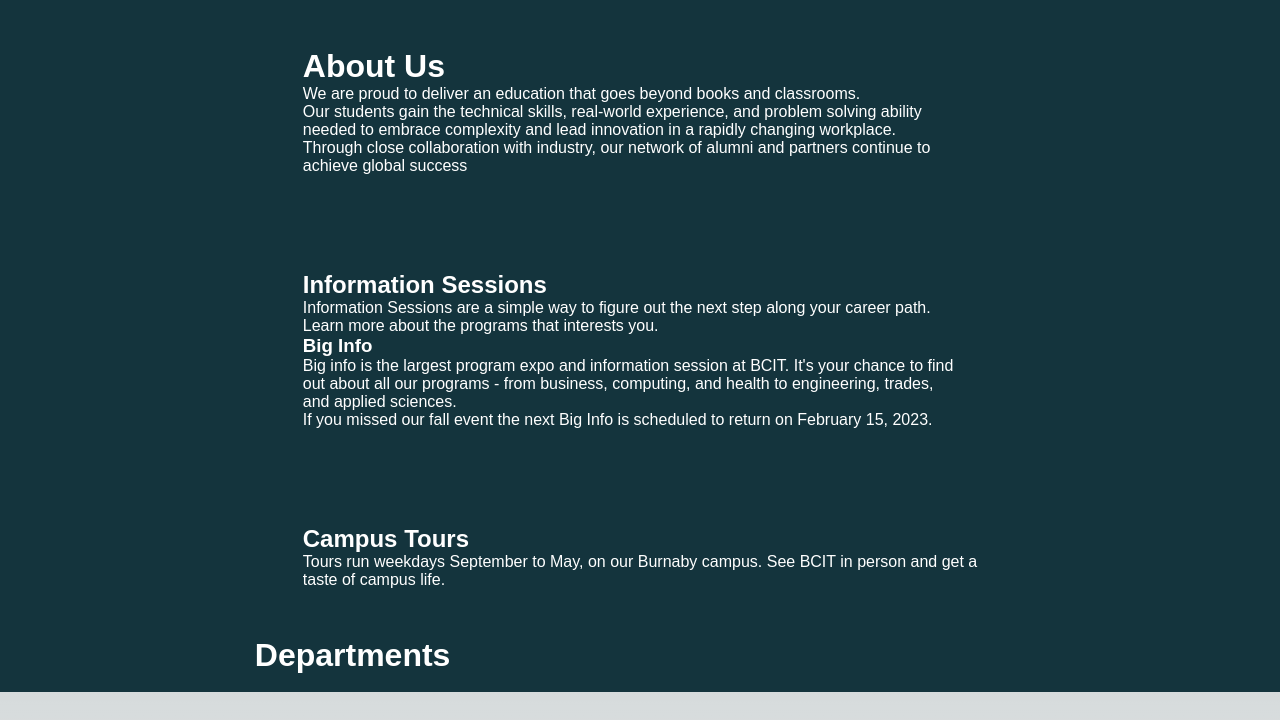
Repository: jennydmcm/assignment-1-playwright-site-A01338943
Page: /about
An editor plug-in stored every save of this project. The page is shown before and after the next save, followed by the edit.
The browser window is 1280 px wide. The pictures show the whole page.
The project was rebuilt for these pictures with package versions that can differ from the ones it lists, and the page was loaded fresh each time. The framework's server and built-in components were replaced by stand-ins that run in the browser. Also part of the build but not shown: next.config.js.

Above is the page before, as saved 2023-02-08 13:10:34.

### pages/_app.js
import '../styles/globals.css'
import '../styles/variables.css'

function MyApp({ Component, pageProps }) {
  return <Component {...pageProps} />
}

export default MyApp

### pages/about.js
import Head from "next/head";
import Image from "next/image";
import { Inter } from "@next/font/google";
import styles from "@/styles/About.module.css";
const inter = Inter({ subsets: ["latin"] });

export default function Home() {
  return (
    <>
      <Head>
        <title>About Us</title>
        <meta name="description" content="Generated by create next app" />
        <meta name="viewport" content="width=device-width, initial-scale=1" />
        <meta name="author" content="MDIA 2109" />
        <meta property="og:title" content="Assignment #1 - About Us Page" />
        <meta
          property="og:description"
          content="BCIT Digital Design and Development Diploma"
        />
        <link rel="icon" href="/favicon.png" />
      </Head>
      <main className={styles.main}>
        <header>
          <div className={styles.about}>
            <h1>About Us</h1>
            <p>
              We are proud to deliver an education that goes beyond books and
              classrooms.
            </p>
            <p>
              Our students gain the technical skills, real-world experience, and
              problem solving ability <br></br>
              needed to embrace complexity and lead innovation in a rapidly
              changing workplace.
            </p>
            <p>
              Through close collaboration with industry, our network of alumni
              and partners continue to <br></br>
              achieve global success
            </p>
          </div>
          <div className={styles.infosesh}>
            <h2>Information Sessions</h2>
            <p>
              Information Sessions are a simple way to figure out the next step
              along your career path. <br></br>
              Learn more about the programs that interests you.
            </p>
            <h3>Big Info</h3>
            <p>
              Big info is the largest program expo and information session at
              BCIT. It's your chance to find<br></br>
              out about all our programs - from business, computing, and health
              to engineering, trades,<br></br>
              and applied sciences.
            </p>
            <p>
              If you missed our fall event the next Big Info is scheduled to
              return on February 15, 2023.
            </p>
          </div>

          <div className={styles.tours}>
            <h2>Campus Tours</h2>
            <p>
              Tours run weekdays September to May, on our Burnaby campus. See
              BCIT in person and get a<br></br>
              taste of campus life.
            </p>
          </div>
          <div>
            <h1>Departments</h1>
          </div>
        </header>
        <a>
          <span>
            <img href="/upwardArrow.png"></img>
            <img href="downwardArrow.png"></img>
          </span>
        </a>
      </main>
    </>
  );
}

### styles/variables.css
:root{
    --primary-color: #fff;
    --secondary-color: #f4d6b9;
    --ternary-color: #14343d;
    --quaternary-color: #14343d;
    --quinary-color: rgba(16,46,53,0.5);

}

### styles/About.module.css
.main{
    background-color: var(--ternary-color);
    color: var(--primary-color);
    font-family: Arial, Helvetica, sans-serif;
    display: flex;
    flex-direction: column;
    align-items: center;
}
.about{
    display: flex;
    flex-direction: column;
    padding: 3rem;
}
.infosesh{
    display: flex;
    flex-direction: column;
    padding: 3rem;
}

.tours{
    display: flex;
    flex-direction: column;
    padding: 3rem;
}

.dept{
    display: flex;
    flex-direction: column;
    padding: 6rem;

}

Loaded but not shown: pages/_document.js (common file); pages/api/hello.js (common file); styles/globals.css (common file)

After the next save:
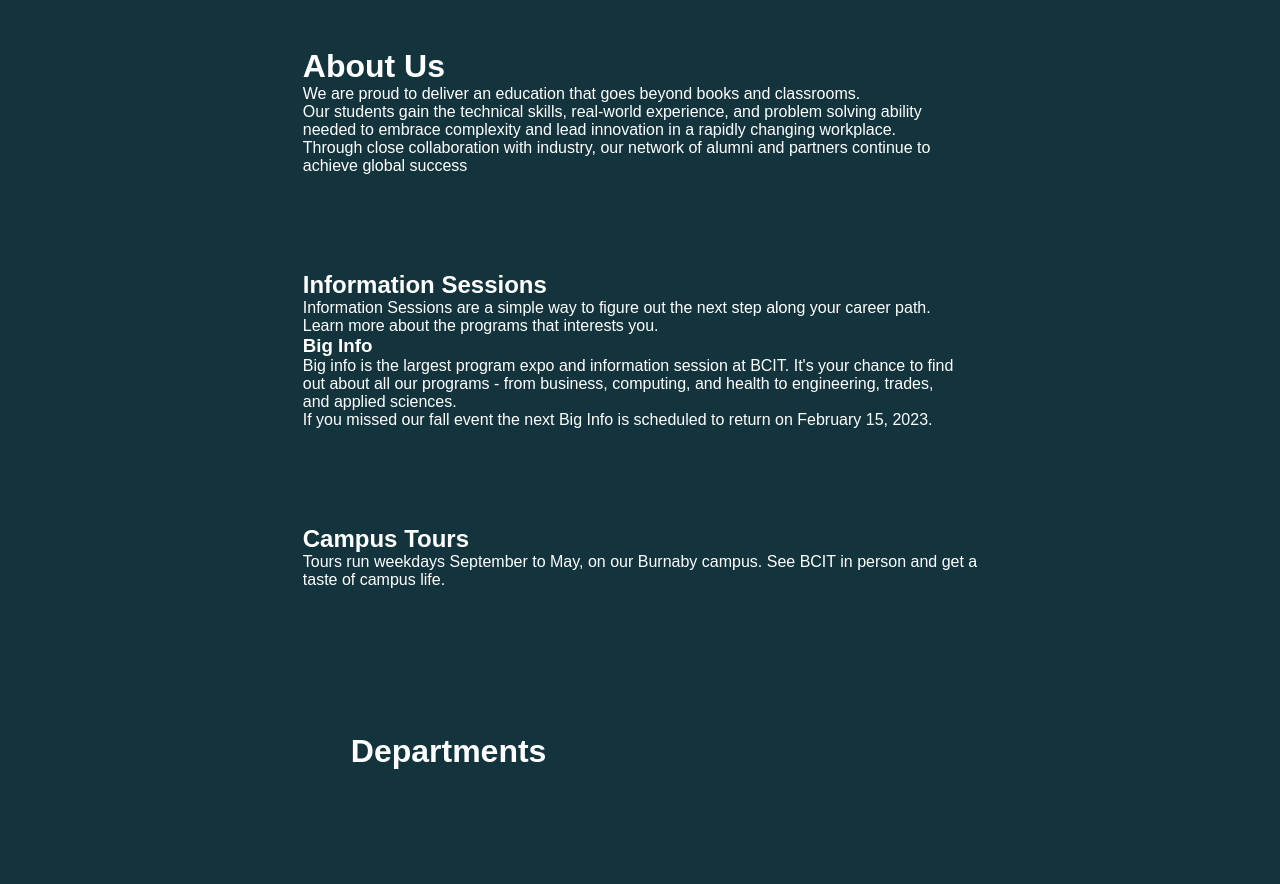
Saved 1 s later.
--- a/pages/about.js
+++ b/pages/about.js
@@ -68,7 +68,7 @@ export default function Home() {
               taste of campus life.
             </p>
           </div>
-          <div>
+          <div className={styles.dept}>
             <h1>Departments</h1>
           </div>
         </header>
